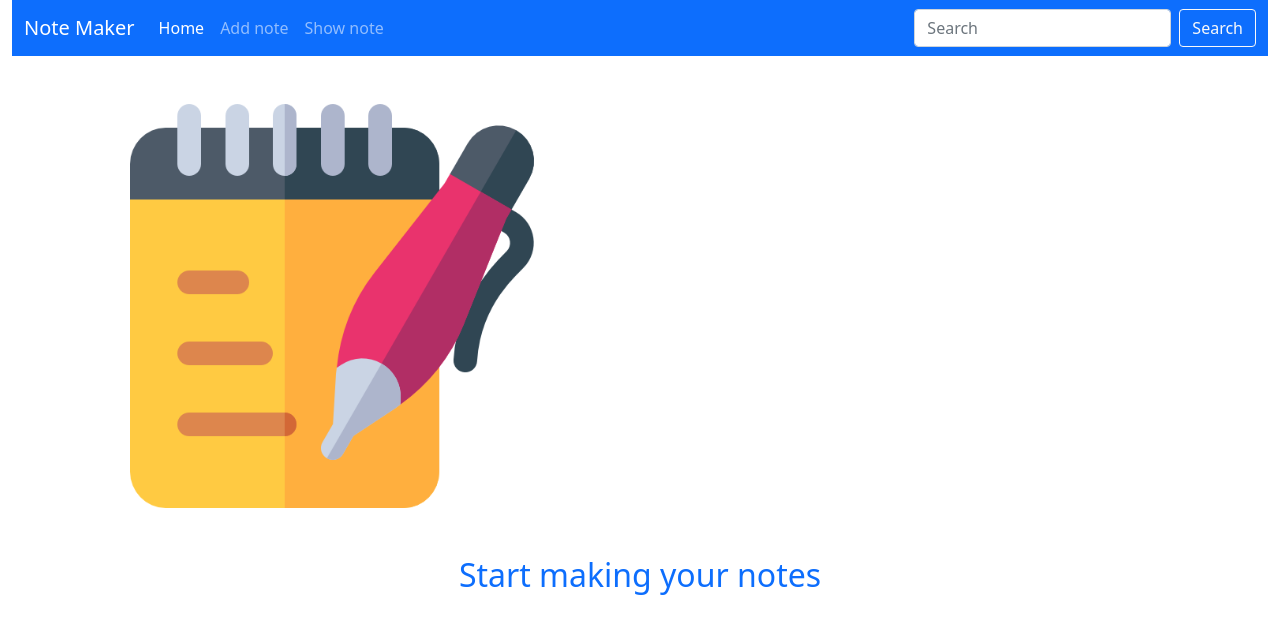
Repository: sachin1830/hibernateproject
Page: http://localhost/com.todolist/
An editor plug-in stored every save of this project. The page is shown before and after the next save, followed by the edit.
The browser window is 1280 px wide. The pictures show the whole page.
Some web libraries are served in a nearby version. The page is served by Tomcat 9. Other server files are loaded and not shown.

Above is the page before, as saved 2021-01-23 06:00:33.

### com.todolist/src/main/webapp/index.jsp
<!doctype html>
<html lang="en">
  <head>
    <!-- Required meta tags -->
    <meta charset="utf-8">
    <meta name="viewport" content="width=device-width, initial-scale=1">

    <!-- Bootstrap CSS -->
    <link href="https://cdn.jsdelivr.net/npm/bootstrap@5.0.0-beta1/dist/css/bootstrap.min.css" rel="stylesheet" integrity="sha384-giJF6kkoqNQ00vy+HMDP7azOuL0xtbfIcaT9wjKHr8RbDVddVHyTfAAsrekwKmP1" crossorigin="anonymous">

    <title>Todolist</title>
  </head>
  <body>
  	<div class="container-fluid">
  		<%@include file="navbar.jsp" %>
  	</div>
  	<div class="container">
  		<div class="">
  			<img src="img/notes.png" alt="image not found" style="max-width:500px" class="img-fluid mx-auto p-5">
  			<h2 class="text-center text-primary">Start making your notes</h2>
  		</div>
  	</div>

    <script src="https://cdn.jsdelivr.net/npm/bootstrap@5.0.0-beta1/dist/js/bootstrap.bundle.min.js" integrity="sha384-ygbV9kiqUc6oa4msXn9868pTtWMgiQaeYH7/t7LECLbyPA2x65Kgf80OJFdroafW" crossorigin="anonymous"></script>
    <script src="https://cdn.jsdelivr.net/npm/@popperjs/core@2.5.4/dist/umd/popper.min.js" integrity="sha384-q2kxQ16AaE6UbzuKqyBE9/u/KzioAlnx2maXQHiDX9d4/zp8Ok3f+M7DPm+Ib6IU" crossorigin="anonymous"></script>
    <script src="https://cdn.jsdelivr.net/npm/bootstrap@5.0.0-beta1/dist/js/bootstrap.min.js" integrity="sha384-pQQkAEnwaBkjpqZ8RU1fF1AKtTcHJwFl3pblpTlHXybJjHpMYo79HY3hIi4NKxyj" crossorigin="anonymous"></script>

  </body>
</html>

### com.todolist/src/main/webapp/navbar.jsp
<nav class="navbar navbar-expand-lg navbar-dark bg-primary">
  <div class="container-fluid">
    <a class="navbar-brand" href="index.jsp">Note Maker</a>
    <button class="navbar-toggler" type="button" data-bs-toggle="collapse" data-bs-target="#navbarSupportedContent" aria-controls="navbarSupportedContent" aria-expanded="false" aria-label="Toggle navigation">
      <span class="navbar-toggler-icon"></span>
    </button>
    <div class="collapse navbar-collapse" id="navbarSupportedContent">
      <ul class="navbar-nav me-auto mb-2 mb-lg-0">

        <li class="nav-item">
          <a class="nav-link active" aria-current="page" href="index.jsp">Home</a>
        </li>
        <li class="nav-item">
          <a class="nav-link" href="add_note.jsp">Add note </a>
        </li>
         <li class="nav-item">
          <a class="nav-link" href="all_note.jsp">Show note </a>
        </li>

      </ul>
      <form class="d-flex">
        <input class="form-control me-2" type="search" placeholder="Search" aria-label="Search">
        <button class="btn btn-outline-light" type="submit">Search</button>
      </form>
    </div>
  </div>
</nav>

After the next save:
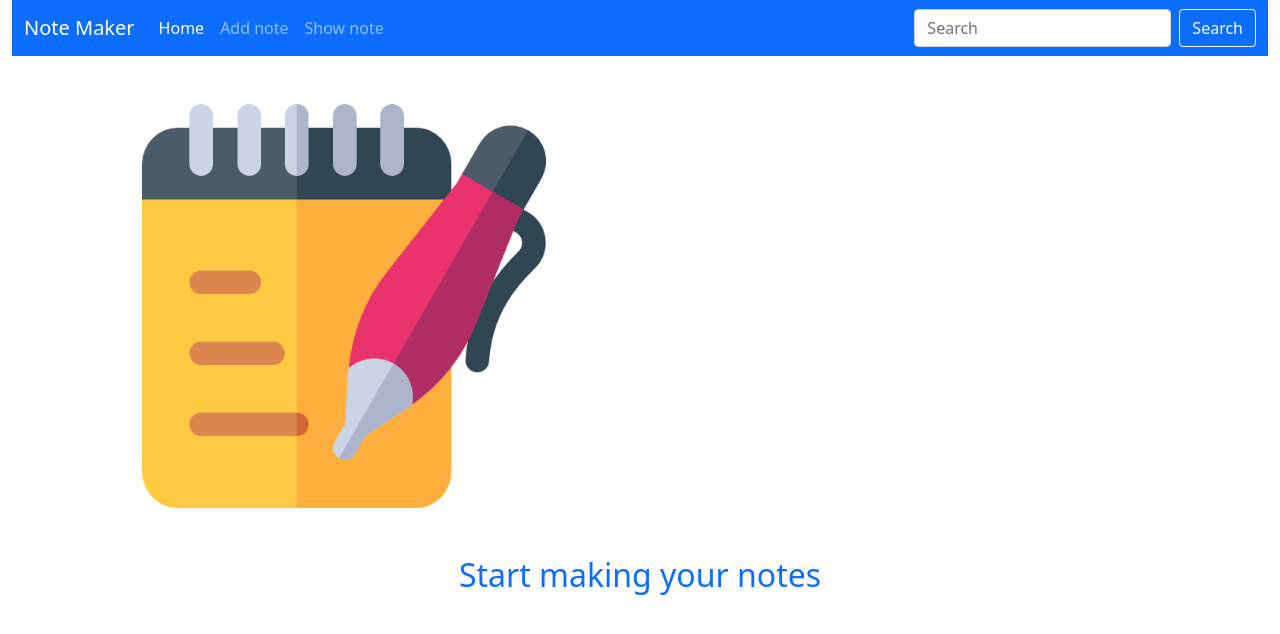
Saved 12 s later.
--- a/com.todolist/src/main/webapp/index.jsp
+++ b/com.todolist/src/main/webapp/index.jsp
@@ -15,7 +15,7 @@
   		<%@include file="navbar.jsp" %>
   	</div>
   	<div class="container">
-  		<div class="">
+  		<div class="container">
   			<img src="img/notes.png" alt="image not found" style="max-width:500px" class="img-fluid mx-auto p-5">
   			<h2 class="text-center text-primary">Start making your notes</h2>
   		</div>
